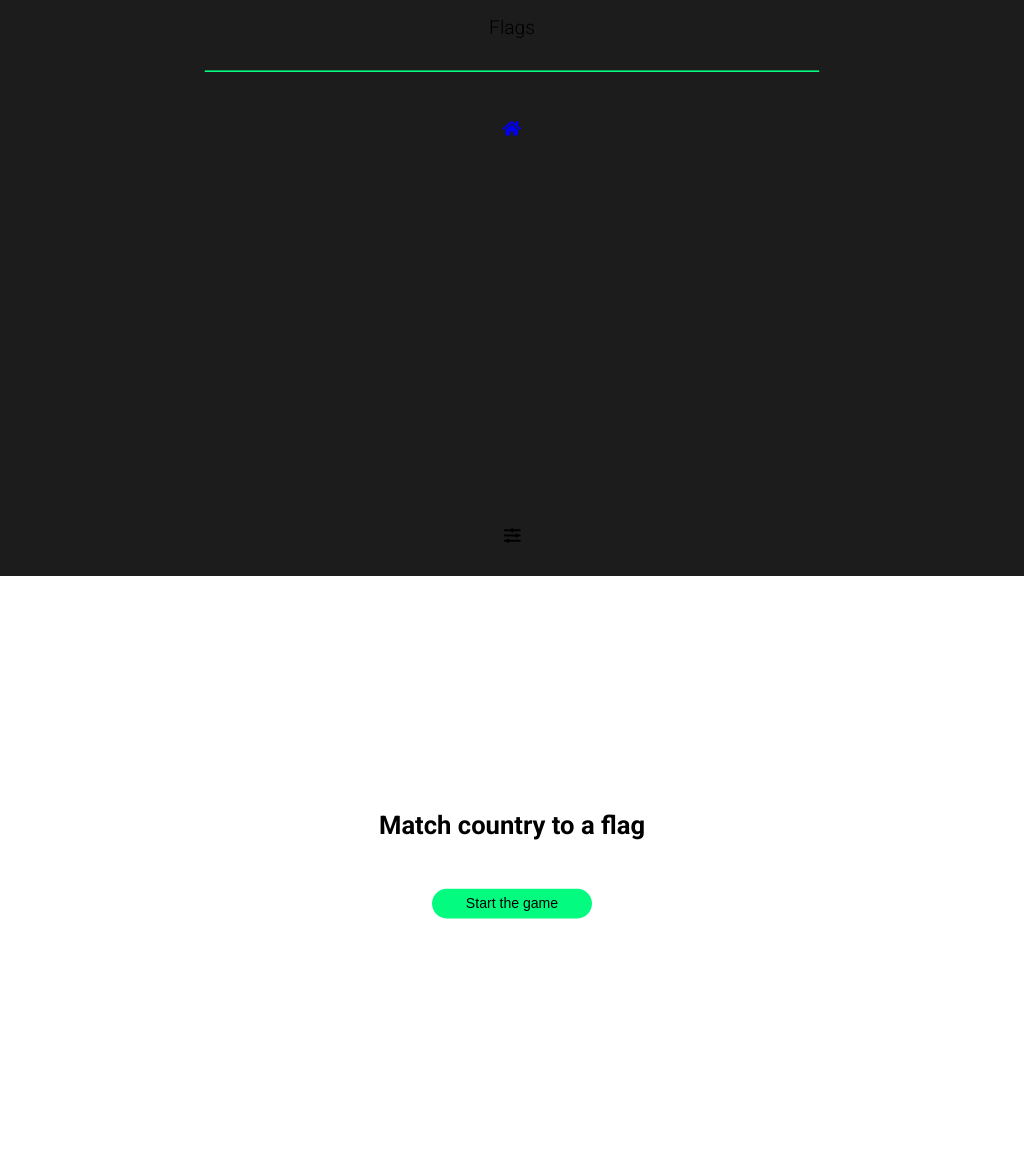
Repository: RXBVK/Flags
Page: /country-to-flag
The author's editor kept a copy of each file at every save. The page is drawn from the files as they stood at one save, then again after a run of saves.
The browser window is 1280 px wide. The pictures show the whole page, at 80% of full size.
The page's requests for data from a server got no answer. An inner scrolling area shows only its first screen. The project was rebuilt for these pictures with package versions that can differ from the ones it lists, and the page was loaded fresh each time. No one was signed in, and anything a server would have sent is missing. Also part of the build but not shown: src/components/Home/Home.js, src/components/Games/FlagToCountry/FlagToCountryField.js, src/utils/components/QuestionInfo/QuestionInfo.js.

Above is the page before, as saved 2021-06-30 01:15:16.

After the next 2 saves:
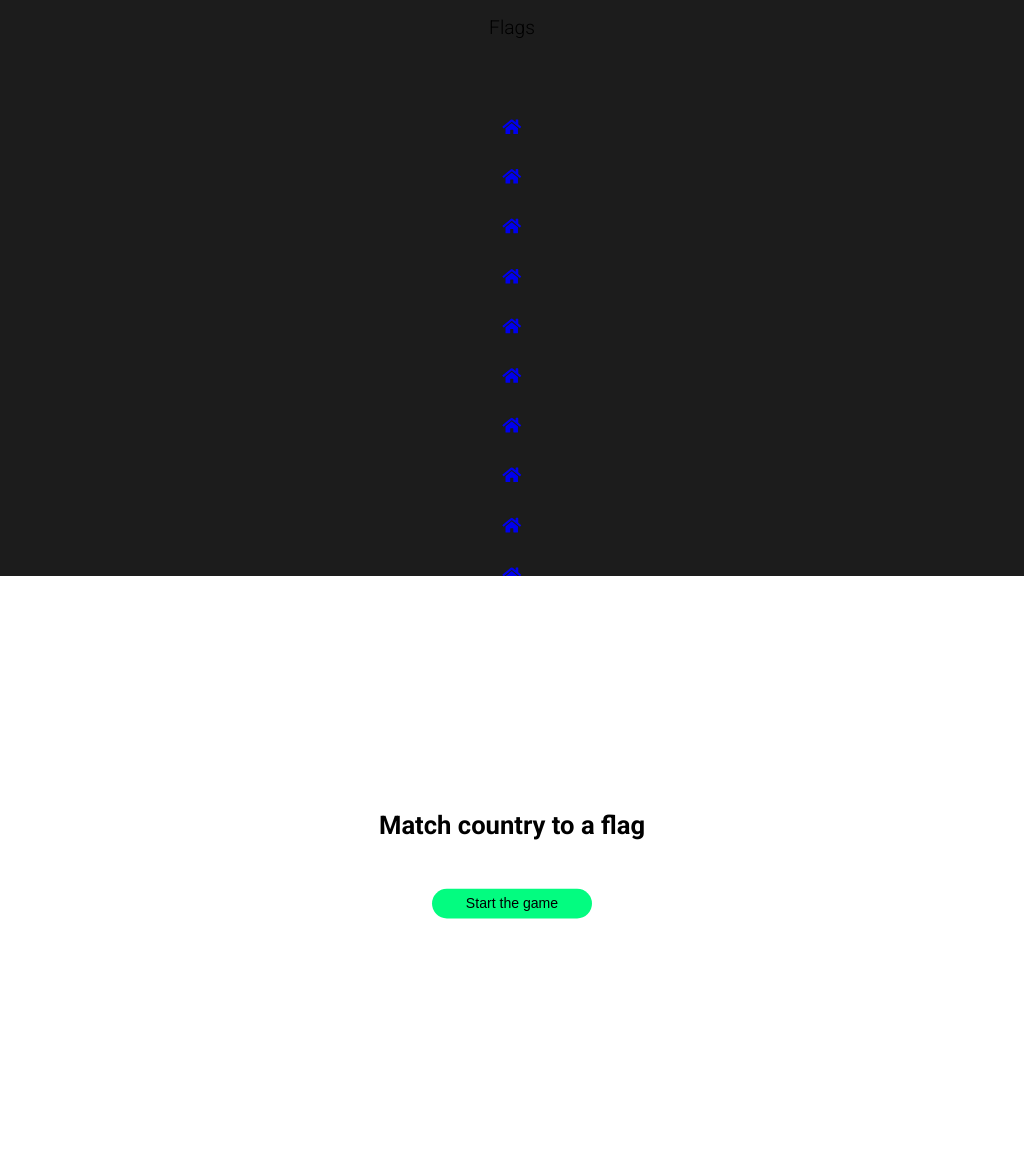
The 2 saves are shown as one change because they came seconds apart.
The last was saved 66 s later.
--- a/src/components/Navigation/Navigation.js
+++ b/src/components/Navigation/Navigation.js
@@ -19,6 +19,45 @@
           <NavLink exact to="/">
             <FontAwesomeIcon icon={faHome} />
           </NavLink>
+          <NavLink exact to="/">
+            <FontAwesomeIcon icon={faHome} />
+          </NavLink>
+          <NavLink exact to="/">
+            <FontAwesomeIcon icon={faHome} />
+          </NavLink>
+          <NavLink exact to="/">
+            <FontAwesomeIcon icon={faHome} />
+          </NavLink>
+          <NavLink exact to="/">
+            <FontAwesomeIcon icon={faHome} />
+          </NavLink>
+          <NavLink exact to="/">
+            <FontAwesomeIcon icon={faHome} />
+          </NavLink>
+          <NavLink exact to="/">
+            <FontAwesomeIcon icon={faHome} />
+          </NavLink>
+          <NavLink exact to="/">
+            <FontAwesomeIcon icon={faHome} />
+          </NavLink>
+          <NavLink exact to="/">
+            <FontAwesomeIcon icon={faHome} />
+          </NavLink>
+          <NavLink exact to="/">
+            <FontAwesomeIcon icon={faHome} />
+          </NavLink>
+          <NavLink exact to="/">
+            <FontAwesomeIcon icon={faHome} />
+          </NavLink>
+          <NavLink exact to="/">
+            <FontAwesomeIcon icon={faHome} />
+          </NavLink>
+          <NavLink exact to="/">
+            <FontAwesomeIcon icon={faHome} />
+          </NavLink>
+          <NavLink exact to="/">
+            <FontAwesomeIcon icon={faHome} />
+          </NavLink>
         </div>
         <FontAwesomeIcon icon={faSlidersH} />
       </div>

After the save that followed:
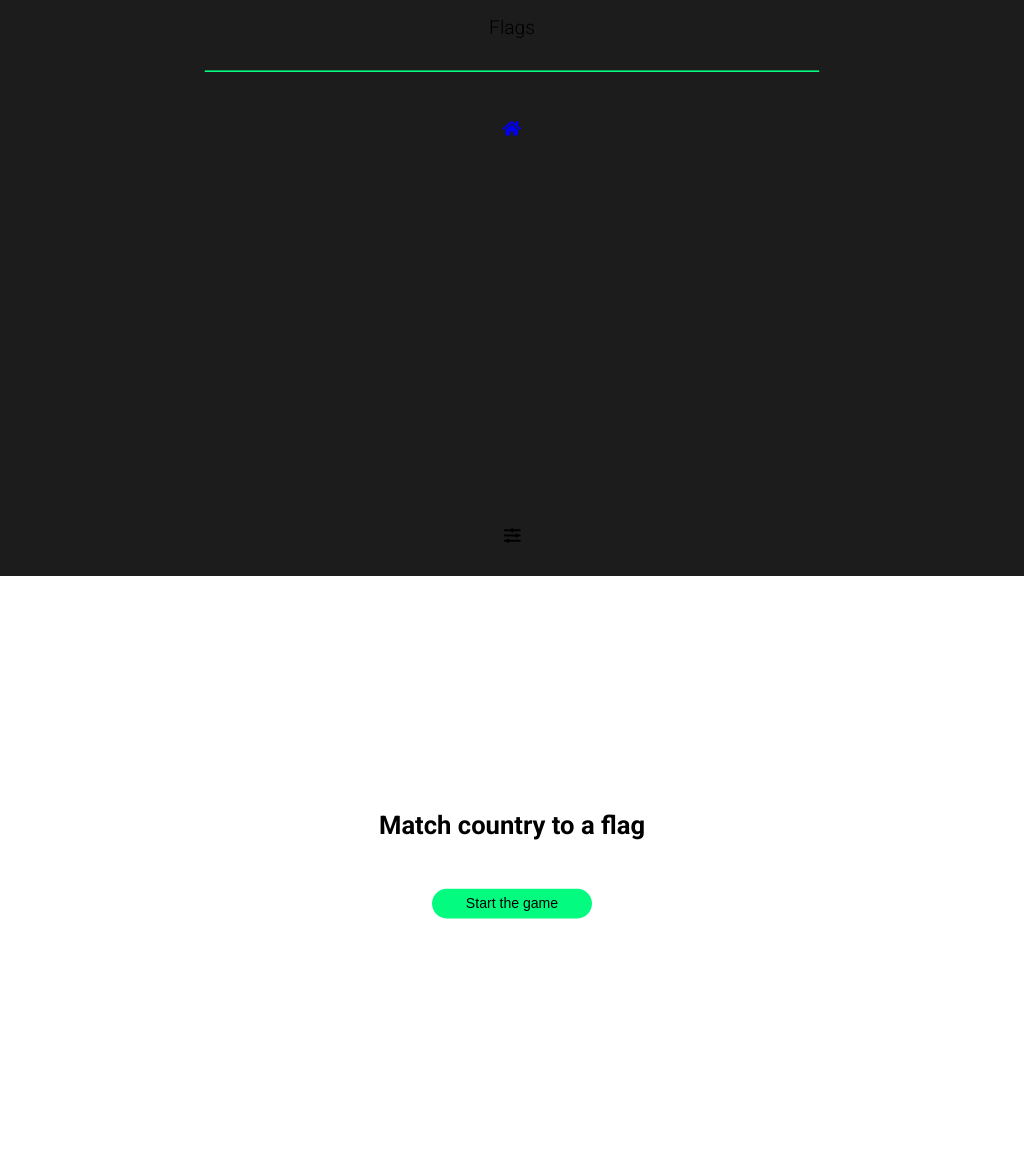
Saved 8 s later.
--- a/src/components/Navigation/Navigation.js
+++ b/src/components/Navigation/Navigation.js
@@ -19,45 +19,6 @@
           <NavLink exact to="/">
             <FontAwesomeIcon icon={faHome} />
           </NavLink>
-          <NavLink exact to="/">
-            <FontAwesomeIcon icon={faHome} />
-          </NavLink>
-          <NavLink exact to="/">
-            <FontAwesomeIcon icon={faHome} />
-          </NavLink>
-          <NavLink exact to="/">
-            <FontAwesomeIcon icon={faHome} />
-          </NavLink>
-          <NavLink exact to="/">
-            <FontAwesomeIcon icon={faHome} />
-          </NavLink>
-          <NavLink exact to="/">
-            <FontAwesomeIcon icon={faHome} />
-          </NavLink>
-          <NavLink exact to="/">
-            <FontAwesomeIcon icon={faHome} />
-          </NavLink>
-          <NavLink exact to="/">
-            <FontAwesomeIcon icon={faHome} />
-          </NavLink>
-          <NavLink exact to="/">
-            <FontAwesomeIcon icon={faHome} />
-          </NavLink>
-          <NavLink exact to="/">
-            <FontAwesomeIcon icon={faHome} />
-          </NavLink>
-          <NavLink exact to="/">
-            <FontAwesomeIcon icon={faHome} />
-          </NavLink>
-          <NavLink exact to="/">
-            <FontAwesomeIcon icon={faHome} />
-          </NavLink>
-          <NavLink exact to="/">
-            <FontAwesomeIcon icon={faHome} />
-          </NavLink>
-          <NavLink exact to="/">
-            <FontAwesomeIcon icon={faHome} />
-          </NavLink>
         </div>
         <FontAwesomeIcon icon={faSlidersH} />
       </div>
